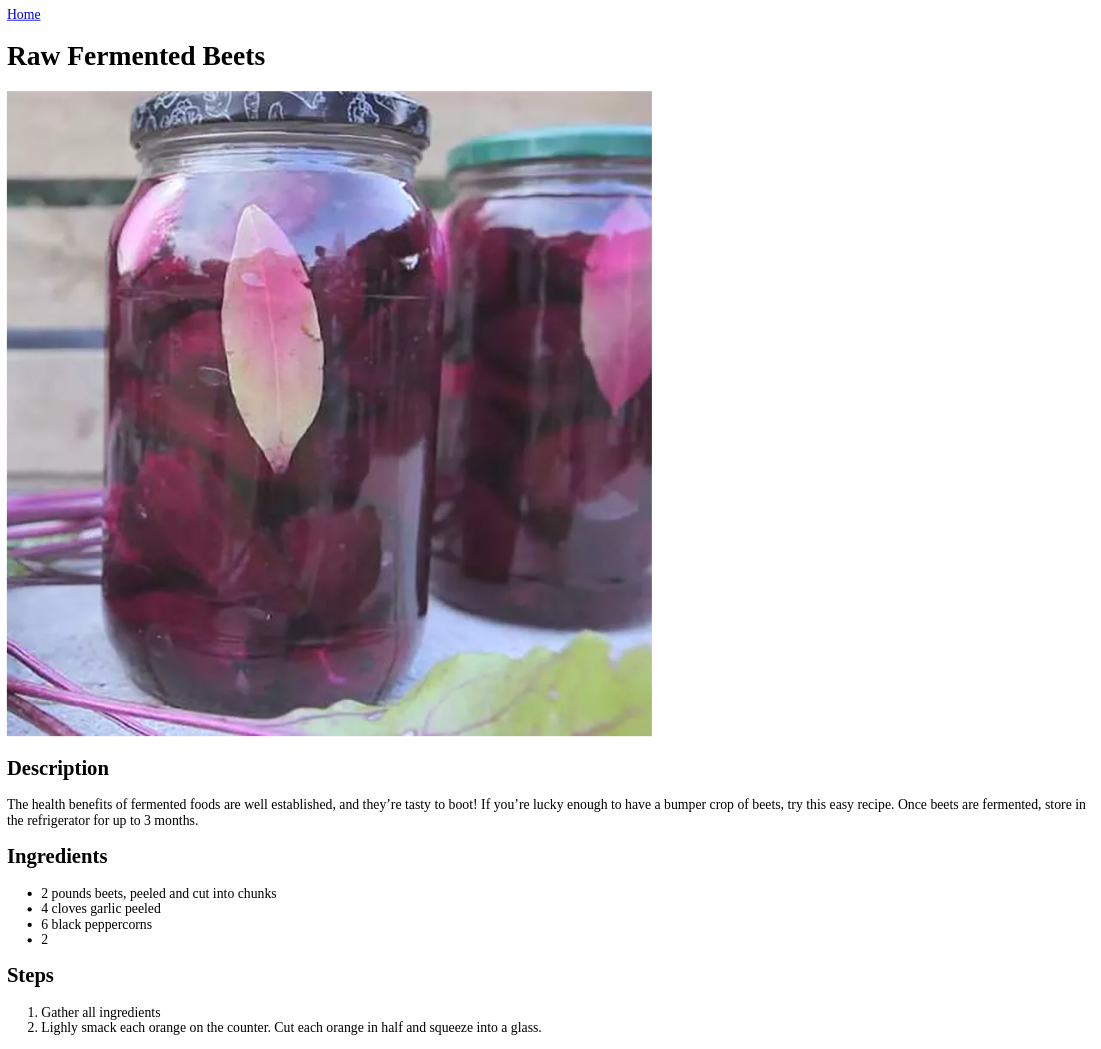
Repository: itsDevAK/odin-recipes
Page: recipes/fermented-beets.html
An editor plug-in stored every save of this project. The page is shown before and after a run of saves, followed by the edit.
The browser window is 1280 px wide. The pictures show the whole page, at 86% of full size.

Above is the page before, as saved 2026-09-17 13:25:18.

### recipes/fermented-beets.html
<!DOCTYPE html>
<html lang="en">
<head>
    <meta charset="UTF-8">
    <meta name="viewport" content="width=device-width, initial-scale=1.0">
    <title>Raw Fermented Beets</title>
</head>
<body>
    <a href="../index.html">Home</a>
    <h1>Raw Fermented Beets</h1>
    <img src="../images/fermented-beets.webp" alt="">
    <h2>Description</h2>
    <p>The health benefits of fermented foods are well established, and they’re tasty to boot! If you’re lucky enough to have a bumper crop of beets, try this easy recipe. Once beets are fermented, store in the refrigerator for up to 3 months.</p>
    <h2>Ingredients</h2>
    <ul>
        <li>2 pounds beets, peeled and cut into chunks</li>
        <li>4 cloves garlic peeled</li>
        <li>6 black peppercorns</li>
        <li>2 </li>
    </ul>
    <h2>Steps</h2>
    <ol>
        <li>Gather all ingredients</li>
        <li>Lighly smack each orange on the counter. Cut each orange in half and squeeze into a glass.</li>
    </ol>
</body>
</html>

After the next 3 saves:
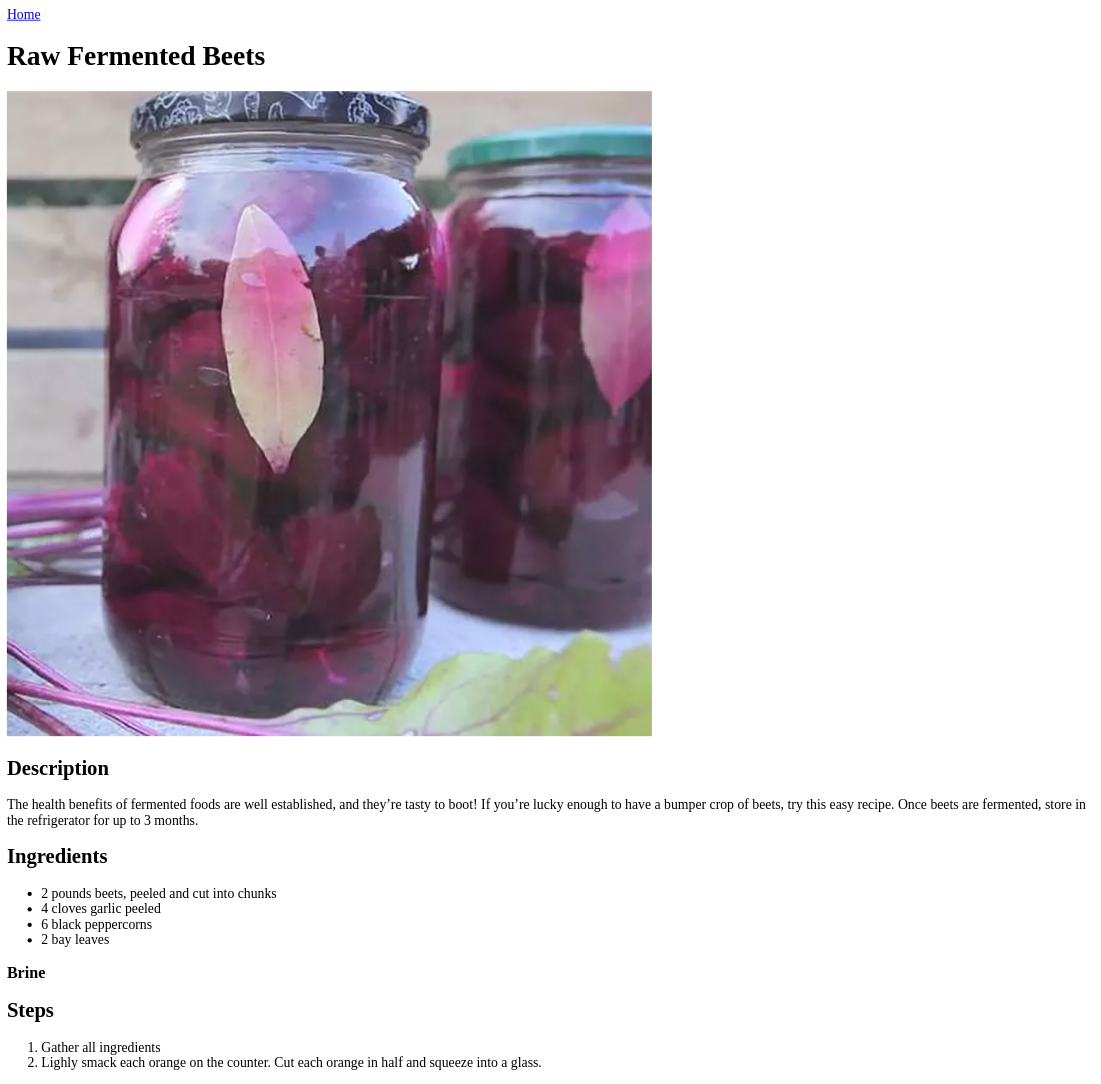
The 3 saves are shown as one change because they came seconds apart.
The last was saved 9 s later.
--- a/recipes/fermented-beets.html
+++ b/recipes/fermented-beets.html
@@ -16,8 +16,9 @@
         <li>2 pounds beets, peeled and cut into chunks</li>
         <li>4 cloves garlic peeled</li>
         <li>6 black peppercorns</li>
-        <li>2 </li>
+        <li>2 bay leaves</li>
     </ul>
+    <h3>Brine</h3>
     <h2>Steps</h2>
     <ol>
         <li>Gather all ingredients</li>
